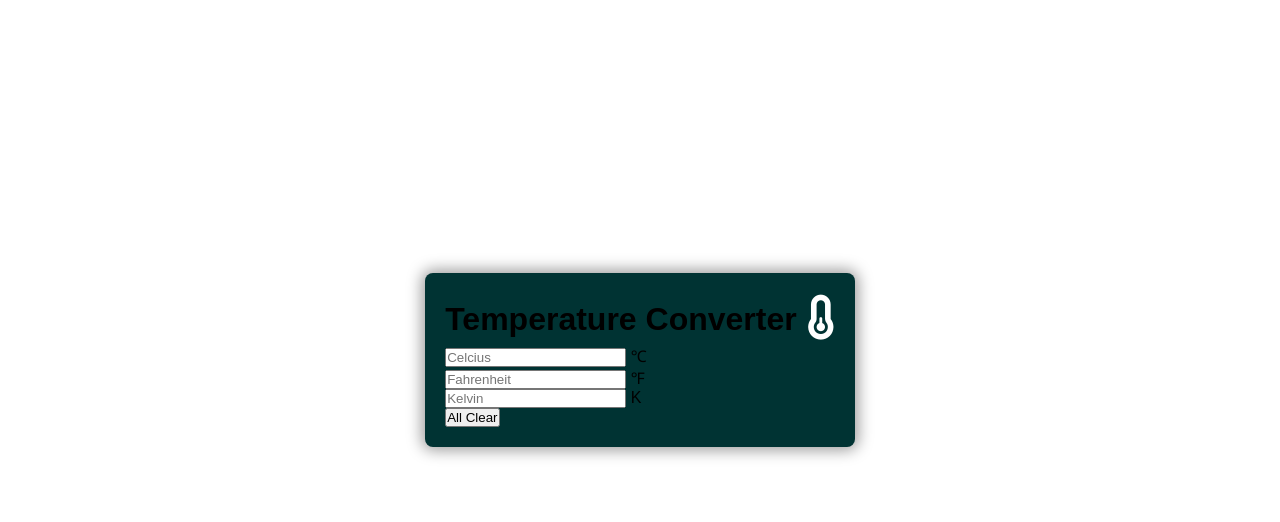
Repository: kiranjeetkaur01/tempconverter.github.io
Page: index.html
An editor plug-in stored every save of this project. The page is shown before and after the next save, followed by the edit.
The browser window is 1280 px wide. The pictures show the whole page.

Above is the page before, as saved 2023-09-27 12:43:56.

### index.html
<!DOCTYPE html>
<html lang="en">
  <head>
    <meta charset="UTF-8" />
    <meta name="viewport" content="width=device-width, initial-scale=1.0" />
    <title>Temperature Converter</title>
    <link rel="stylesheet" href="style.css" />
    <link
      rel="stylesheet"
      href="https://cdnjs.cloudflare.com/ajax/libs/font-awesome/6.4.2/css/all.min.css"
      integrity="sha512-z3gLpd7yknf1YoNbCzqRKc4qyor8gaKU1qmn+CShxbuBusANI9QpRohGBreCFkKxLhei6S9CQXFEbbKuqLg0DA=="
      crossorigin="anonymous"
      referrerpolicy="no-referrer" />
  </head>
  <body>
    <div class="container">
      <div class="title">
        <h1>Temperature Converter</h1>
        <span class="temperature-icon"
          ><i class="fa-solid fa-temperature-quarter"></i></span>
      </div>
      <div id="celcius">
        <input type="number" name="" placeholder="Celcius">
        <span class="icon">&#8451</span>
      </div>

      <div id="fahrenheit">
        <input type="number" name="" placeholder="Fahrenheit">
        <span class="icon">&#8457</span>
      </div>

      <div id="kelvin">
        <input type="number" name="" placeholder="Kelvin">
        <span class="icon">&#8490</span>
      </div>
      <div class="button">
        <button>All Clear</button>
      </div>
    </div>
  </div>
  </body>
</html>

### style.css
* {
  margin: 0;
  padding: 0;
  box-sizing: border-box;
}

body {
  display: flex;
  justify-content: center;
  align-items: center;
  min-height: 100vh;
}
.container {
  max-width: 450px;
  background: #003333;
  border-radius: 8px;
  box-shadow: 0px 0px 15px 3px rgba(0, 0, 0, 0.4);
  font-family: sans-serif;
  padding: 20px;
}
.title {
  display: flex;
  justify-content: center;
  align-items: center;
  flex-wrap: wrap-reverse;
  gap: 10px;
}
.temperature-icon {
  font-size: 45px;
  color: #fff;
}

After the next save:
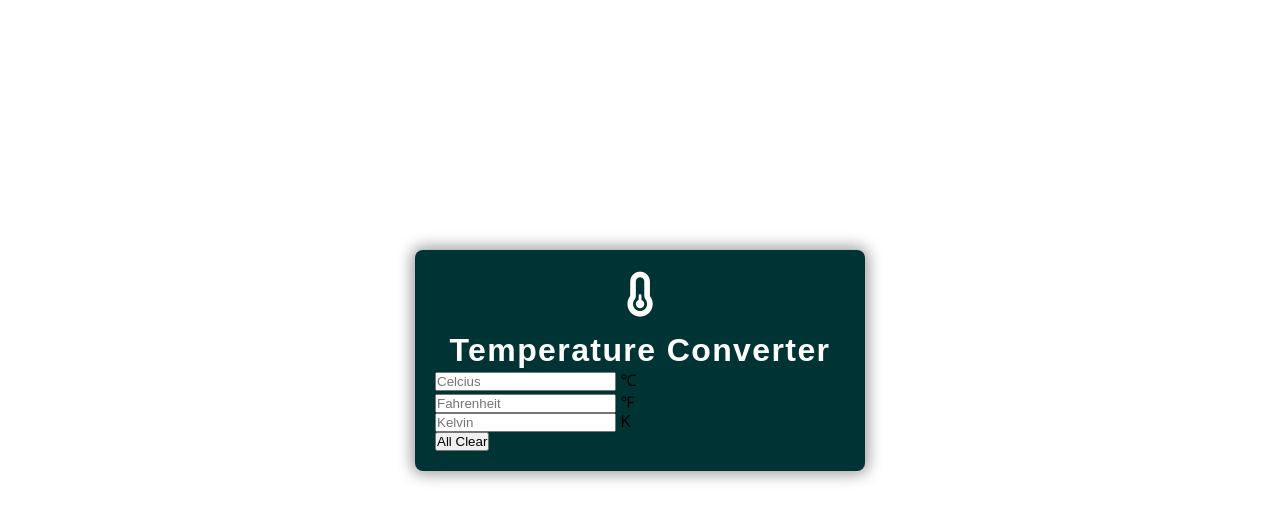
Saved 64 s later.
--- a/style.css
+++ b/style.css
@@ -29,3 +29,7 @@ body {
   font-size: 45px;
   color: #fff;
 }
+h1 {
+  color: #fff;
+  letter-spacing: 1.4px;
+}
